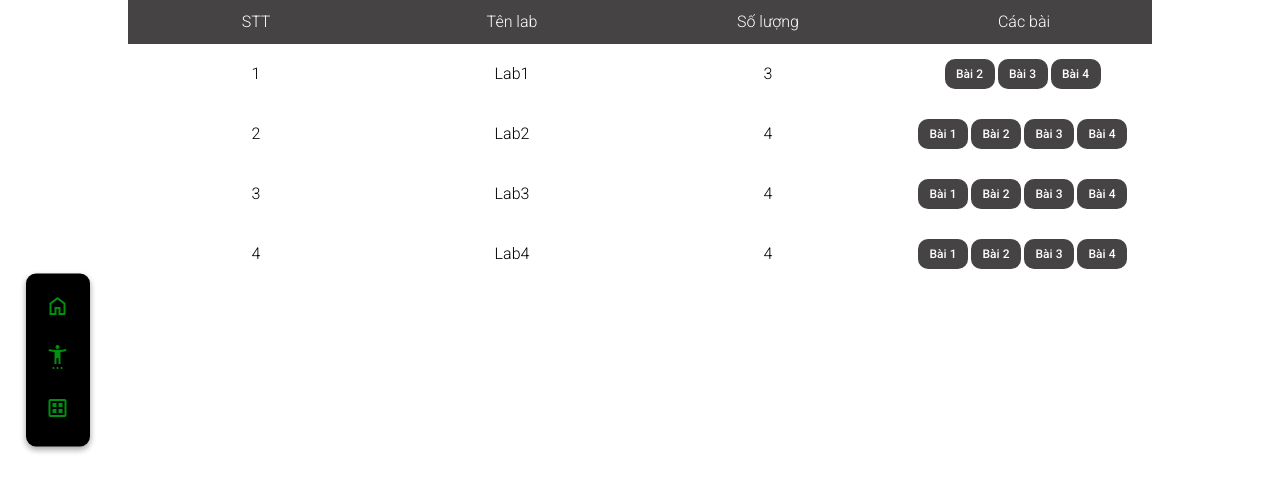
Repository: tuankiet10920/homeworkFEF
Page: /labs
An editor plug-in stored every save of this project. The page is shown before and after the next save, followed by the edit.
The browser window is 1280 px wide. The pictures show the whole page.
The project was rebuilt for these pictures with package versions that can differ from the ones it lists, and the page was loaded fresh each time. Also part of the build but not shown: vite.config.js, src/views/HomeView.vue. Imported but missing from the stored project, and not drawn on this page: src/assets/audio/intro.mp3.

Above is the page before, as saved 2024-10-25 14:36:49.

### index.html
<!doctype html>
<html lang="en">
  <head>
    <meta charset="UTF-8" />
    <link rel="icon" href="/favicon.ico" />
    <meta name="viewport" content="width=device-width, initial-scale=1.0" />
    <link
      href="https://cdn.jsdelivr.net/npm/bootstrap@5.3.3/dist/css/bootstrap.min.css"
      rel="stylesheet"
      integrity="sha384-QWTKZyjpPEjISv5WaRU9OFeRpok6YctnYmDr5pNlyT2bRjXh0JMhjY6hW+ALEwIH"
      crossorigin="anonymous"
    />
    <link
      rel="stylesheet"
      href="https://fonts.googleapis.com/css2?family=Material+Symbols+Outlined:opsz,wght,FILL,GRAD@20..48,100..700,0..1,-50..200"
    />
    <link rel="preconnect" href="https://fonts.googleapis.com" />
    <link rel="preconnect" href="https://fonts.gstatic.com" crossorigin />
    <link
      href="https://fonts.googleapis.com/css2?family=Roboto:ital,wght@0,100;0,300;0,400;0,500;0,700;0,900;1,100;1,300;1,400;1,500;1,700;1,900&display=swap"
      rel="stylesheet"
    />
    <title>Vite App</title>
    <link rel="stylesheet" href="./src/assets/css/main.css" />
  </head>
  <body>
    <div id="app"></div>
    <script
      src="https://cdn.jsdelivr.net/npm/bootstrap@5.3.3/dist/js/bootstrap.bundle.min.js"
      integrity="sha384-YvpcrYf0tY3lHB60NNkmXc5s9fDVZLESaAA55NDzOxhy9GkcIdslK1eN7N6jIeHz"
      crossorigin="anonymous"
    ></script>
    <script type="module" src="/src/main.js"></script>
  </body>
</html>

### src/assets/css/main.css
* {
  margin: 0;
  padding: 0;
  box-sizing: border-box;
  text-decoration: none;
  color: #000;
  font-size: 16px;
  font-family: 'Roboto', sans-serif;
  font-weight: 300;
  font-style: normal;
}

### src/App.vue
<script setup>
import { RouterLink, RouterView } from 'vue-router'
import GetSrcImage from './assets/help/getSrcImage.js'
import Icon from './components/Icon.vue'
</script>

<template>
  <header>
    <div class="wrapper">
      <nav>
        <RouterLink to="/">
          <Icon iconName="home" />
        </RouterLink>

        <RouterLink to="/about">
          <Icon iconName="settings_accessibility" />
        </RouterLink>

        <RouterLink to="/labs">
          <Icon iconName="dataset" />
        </RouterLink>
      </nav>
    </div>
  </header>
  <RouterView />
</template>

<style scoped>
.wrapper nav a {
  margin-bottom: 20px;
  width: fit-content;
  text-decoration: none;
}
.wrapper nav a span {
  color: #009011;
}
.wrapper nav a:last-child {
  margin-bottom: 0;
}
nav {
  display: flex;
  flex-direction: column;
  justify-content: center;
  position: absolute;
  top: 50%;
  left: 2%;
  transform: translateY(-50%);
  padding: 20px;
  border-radius: 10px;
  background: #000;
  box-shadow:
    rgba(0, 0, 0, 0.16) 0px 3px 6px,
    rgba(0, 0, 0, 0.23) 0px 3px 6px;
}
</style>

### src/router/index.js
import { createRouter, createWebHistory } from 'vue-router'
import HomeView from '../views/HomeView.vue'

const router = createRouter({
  history: createWebHistory(import.meta.env.BASE_URL),
  routes: [
    {
      path: '/',
      name: 'home',
      component: HomeView,
    },
    {
      path: '/about',
      name: 'about',
      // route level code-splitting
      // this generates a separate chunk (About.[hash].js) for this route
      // which is lazy-loaded when the route is visited.
      component: () => import('../views/AboutView.vue'),
    },
    {
      path: '/labs',
      name: 'labs',
      component: () => import('../views/LabView.vue'),
    }
  ],
})

export default router

### src/assets/help/getSrcImage.js
const getSrcImage = (image) => {
    let __path = 'http://localhost:5173/src/assets/img/'
    return __path + image
}
export default getSrcImage

### src/components/Icon.vue
<script setup>
const props = defineProps(['iconName'])
</script>
<template>
  <span class="material-symbols-outlined"> {{ props.iconName }} </span>
</template>
<style scoped></style>

### src/views/LabView.vue
<script setup>
import { ref } from 'vue'
import router from '../router/index.js'

const sourceTrs = ref([
  {
    name_lab: 'Lab1',
    exs: [
      {
        name_ex: 'Bài 2',
        link: '/bai2lab1',
        namePath: 'Bai2',
      },
      {
        name_ex: 'Bài 3',
        link: '/bai3lab1',
        namePath: 'Bai3',
      },
      {
        name_ex: 'Bài 4',
        link: '/bai4lab1',
        namePath: 'Bai4',
      },
    ],
  },
  {
    name_lab: 'Lab2',
    exs: [
      {
        name_ex: 'Bài 1',
        link: '/bai1lab2',
        namePath: 'Bai1',
      },
      {
        name_ex: 'Bài 2',
        link: '/bai2lab2',
        namePath: 'Bai2',
      },
      {
        name_ex: 'Bài 3',
        link: '/bai3lab2',
        namePath: 'Bai3',
      },
      {
        name_ex: 'Bài 4',
        link: '/bai4lab2',
        namePath: 'Bai4',
      },
    ],
  },
  {
    name_lab: 'Lab3',
    exs: [
      {
        name_ex: 'Bài 1',
        link: '/bai1lab3',
        namePath: 'Bai1',
      },
      {
        name_ex: 'Bài 2',
        link: '/bai2lab3',
        namePath: 'Bai2',
      },
      {
        name_ex: 'Bài 3',
        link: '/bai3lab3',
        namePath: 'Bai3',
      },
      {
        name_ex: 'Bài 4',
        link: '/bai4lab3',
        namePath: 'Bai4',
      },
    ],
  },
  {
    name_lab: 'Lab4',
    exs: [
      {
        name_ex: 'Bài 1',
        link: '/bai1lab4',
        namePath: 'Bai1',
      },
      {
        name_ex: 'Bài 2',
        link: '/bai2lab4',
        namePath: 'Bai2',
      },
      {
        name_ex: 'Bài 3',
        link: '/bai3lab4',
        namePath: 'Bai3',
      },
      {
        name_ex: 'Bài 4',
        link: '/bai4lab4',
        namePath: 'Bai4',
      },
    ],
  },
])

sourceTrs.value.forEach(tr => {
  tr.exs.forEach(ex => {
    let pathImport = `../Labs/${tr.name_lab}/${ex.namePath}.vue`
    router.addRoute({
      path: ex.link,
      name: ex.name_ex + ' ' + tr.name_lab,
      component: () => import(pathImport),
    })
  })
})
console.log(router.getRoutes())
</script>
<template>
  <div class="labs">
    <table>
      <thead>
        <tr>
          <th>STT</th>
          <th>Tên lab</th>
          <th>Số lượng</th>
          <th>Các bài</th>
        </tr>
      </thead>
      <tbody>
        <tr v-for="(item, index) in sourceTrs">
          <td>{{ index + 1 }}</td>
          <td>{{ item.name_lab }}</td>
          <td>{{ item.exs.length }}</td>
          <td>
            <RouterLink v-for="route in item.exs" :to="route.link">
              <button type="button">{{ route.name_ex }}</button>
            </RouterLink>
          </td>
        </tr>
      </tbody>
    </table>
  </div>
</template>
<style scoped>
.labs {
  width: 100%;
  display: flex;
  justify-content: center;
}
table {
  border-collapse: collapse;
  width: 80%;
}
th {
  width: calc(100% / 4);
  padding: 10px 0px;
  background: #454343;
  color: #fff;
  text-align: center;
}
td {
  padding: 15px 0px;
  text-align: center;
}
button {
  width: 50px;
  height: 30px;
  border-radius: 10px;
  border: none;
  background: #454343;
  color: #fff;
  margin-right: 3px;
  font-weight: 500;
  transition: all 0.3s ease-in-out;
  font-size: 12px;
}
button:hover {
  color: #009011;
  box-shadow:
    rgba(60, 64, 67, 0.3) 0px 1px 2px 0px,
    rgba(60, 64, 67, 0.15) 0px 1px 3px 1px;
}
</style>

Loaded but not shown: src/main.js (common file)

After the next save:
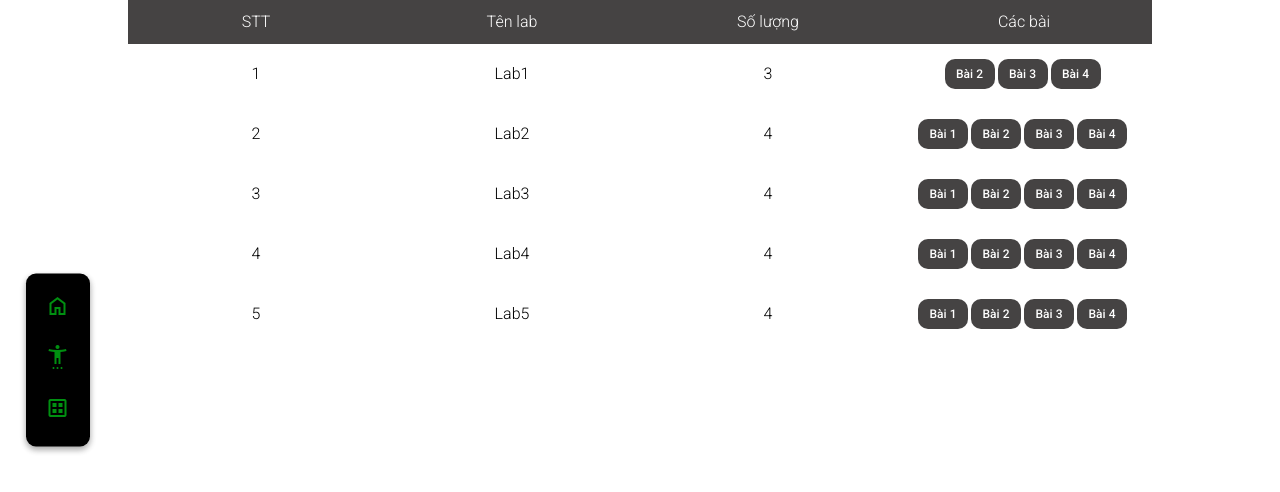
Saved 3 min 48 s later.
--- a/src/views/LabView.vue
+++ b/src/views/LabView.vue
@@ -94,6 +94,31 @@ const sourceTrs = ref([
       {
         name_ex: 'Bài 4',
         link: '/bai4lab4',
+        namePath: 'Bai4',
+      },
+    ],
+  },
+  {
+    name_lab: 'Lab5',
+    exs: [
+      {
+        name_ex: 'Bài 1',
+        link: '/bai1lab5',
+        namePath: 'Bai1',
+      },
+      {
+        name_ex: 'Bài 2',
+        link: '/bai2lab5',
+        namePath: 'Bai2',
+      },
+      {
+        name_ex: 'Bài 3',
+        link: '/bai3lab5',
+        namePath: 'Bai3',
+      },
+      {
+        name_ex: 'Bài 4',
+        link: '/bai4lab5',
         namePath: 'Bai4',
       },
     ],
